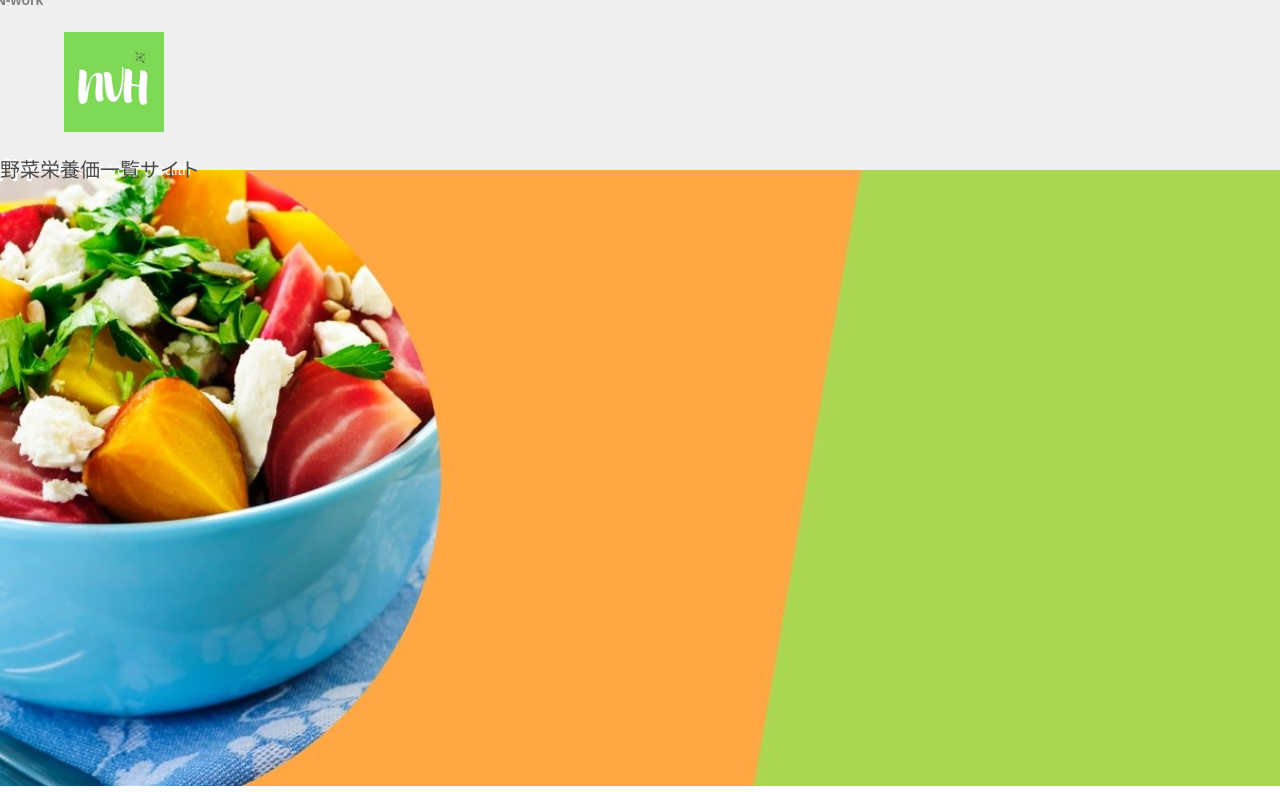
Repository: JUN-work/NVH
Page: http://localhost/www/html/index.php
The author's editor kept a copy of each file at every save. The page is drawn from the files as they stood at one save, then again after the next save.
The browser window is 1280 px wide. The pictures show the whole page.
Some web libraries are served in a nearby version. The page is run by PHP 8.4 with error messages shown; the project is at /var/www/html/.

Above is the page before, as saved 2021-01-01 11:47:22.

After the next save:
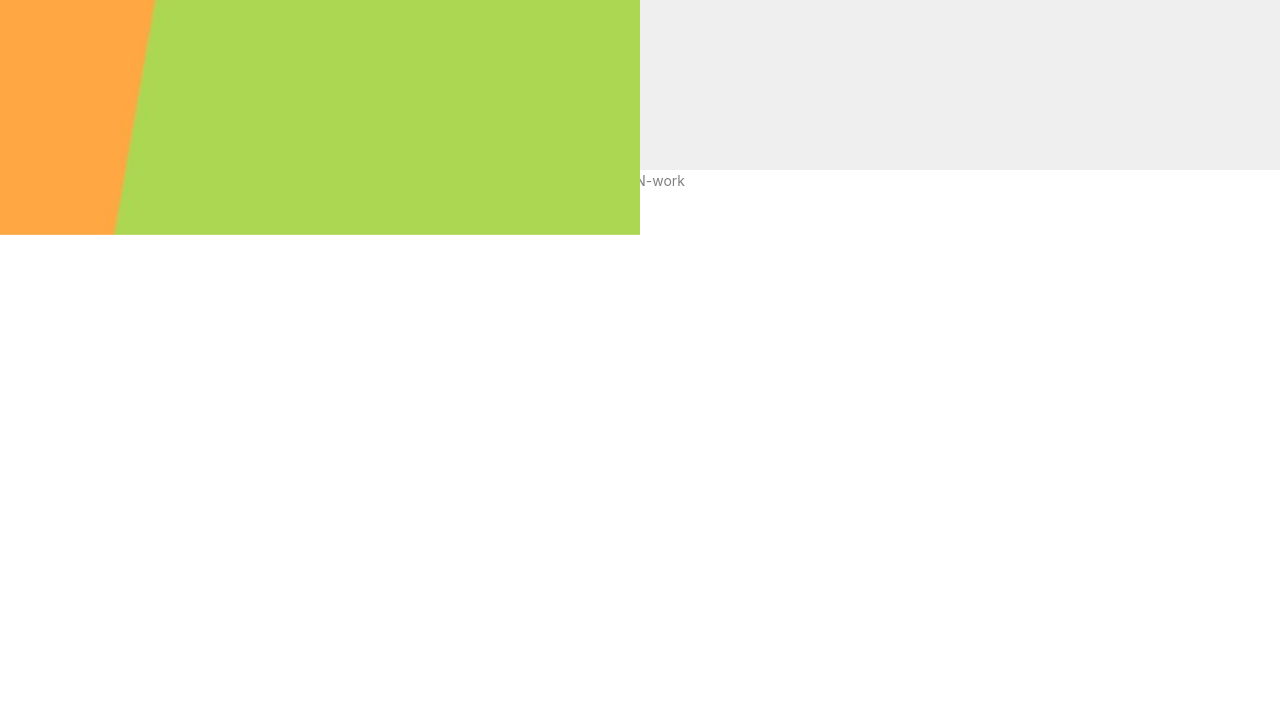
Saved 2 min 37 s later.
--- a/www/html/css/common.css
+++ b/www/html/css/common.css
@@ -24,7 +24,7 @@
     position: relative;/*相対配置*/
 }
 
-.main-title h1, h2 ,p {
+.main-title {
     position: absolute;/*絶対配置*/
     top: 50%;
     left: 50%;
